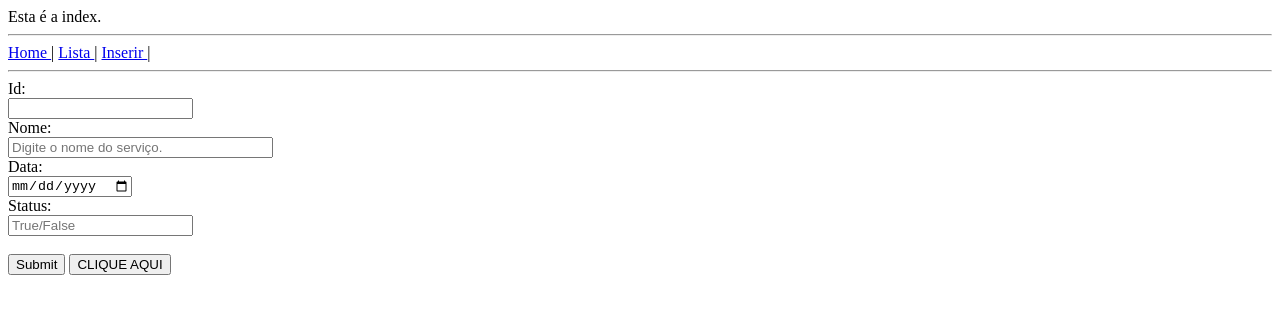
Repository: vivian-nakano/Projetos-Spring
Page: webmvc/src/main/resources/index.html
These files come from the project's save history. The page is drawn as it stood at one moment and after the next save; the edit follows.
The browser window is 1280 px wide. The pictures show the whole page.
Some web libraries are served in a nearby version.

Above is the page before, as saved 2020-11-05 12:31:58.

### webmvc/src/main/resources/index.html
<!DOCTYPE html>
<html>
<head>
<meta charset="ISO-8859-1">
<title>Insert title here</title>
<script src="https://ajax.googleapis.com/ajax/libs/angularjs/1.6.9/angular.min.js"></script>

<script src="controller.js"></script>

</head>
<body>

	Esta é a index.
	<hr>

	<a href="index.html"> Home </a> |
	<a href="lista.html"> Lista </a> |
	<a href="inserir.html"> Inserir </a> |

	<hr>
	<form>
	Id: <br><input type="number" name=""> <br>
	Nome: <br><input type="text" name="" size="30" placeholder="Digite o nome do serviço."> <br>
	Data: <br><input type="date" name="" required> <br>
	Status: <br><input type="text" name="" placeholder="True/False"> <br>
	<br>
	<input type="submit">
	<button> CLIQUE AQUI </button>

	</form>

</body>
</html>

Loaded but not shown: webmvc/src/main/resources/static/controller.js (no copy from this time; the picture is the same without it)

After the next save:
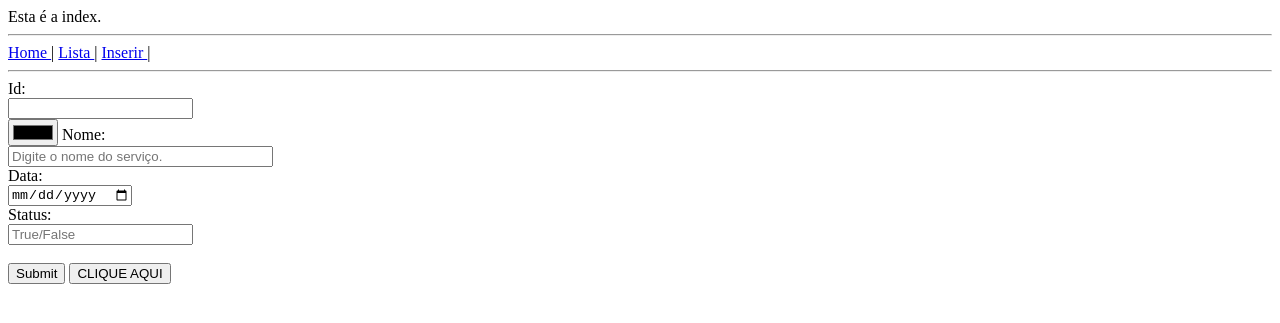
Saved 5 min 26 s later.
--- a/webmvc/src/main/resources/index.html
+++ b/webmvc/src/main/resources/index.html
@@ -4,7 +4,7 @@
 <meta charset="ISO-8859-1">
 <title>Insert title here</title>
 <script src="https://ajax.googleapis.com/ajax/libs/angularjs/1.6.9/angular.min.js"></script>
-
+<!--faz veiculação com angular-->
 <script src="controller.js"></script>
 
 </head>
@@ -20,6 +20,7 @@
 	<hr>
 	<form>
 	Id: <br><input type="number" name=""> <br>
+	<input type="color">
 	Nome: <br><input type="text" name="" size="30" placeholder="Digite o nome do serviço."> <br>
 	Data: <br><input type="date" name="" required> <br>
 	Status: <br><input type="text" name="" placeholder="True/False"> <br>
